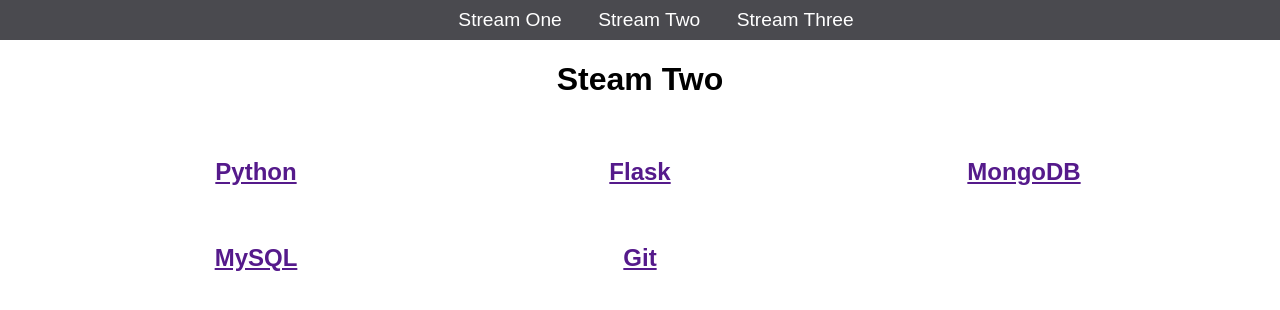
Repository: lisaannbyrne1/my-first-website
Page: stream-two.html
The author's editor kept a record of every edit. The page is drawn from the files as they stood at one moment, then again after the next edit.
The browser window is 1280 px wide. The pictures show the whole page.

Above is the page before.

### stream-two.html
<!DOCTYPE html>
<html>
    <head>
        <title>Hello World</title>
        <link rel="stylesheet" href="css/style.css" type="text/css" />
    </head>
    <body>
        <nav>
            <ul>
                <li><a href="stream-one.html">Stream One</a></li>
                <li><a href="stream-two.html">Stream Two</a></li>
                <li><a href="stream-three.html">Stream Three</a></li>
            </ul>
        </nav>
        <h1>Steam Two</h1>
       <div class="card">
            <a href="">
                <img src=""/>
                <h2>Python</h2>
            </a>
        </div>
       <div class="card">
            <a href="">
                <img src=""/>
                <h2>Flask</h2>
            </a>
        </div>
        <div class="card">
            <a href="">
                <img src=""/>
                <h2>MongoDB</h2>
            </a>
        </div>
       <div class="card">
            <a href="">
                <img src=""/>
                <h2>MySQL</h2>
            </a>
        </div>
        <div class="card">
            <a href="">
                <img src=""/>
                <h2>Git</h2>
            </a>
        </div>

    </body>
</html>

### css/style.css
body{
    margin: 0;
    padding: 0;
    font-family: 'Oswald', sans-serif;
}

nav ul {
    list-style: none;
    background-color: #4a4a4f;
    text-align: center;
    margin: 0;
    padding: 0;
}

nav li {
    font-size: 1.2em;
    line-height: 40px;
    height: 40px;
    display: inline-block;
    margin-left: 2.5%;
}

nav a {
    text-decoration: none;
    color: #ffffff;
    display: block;
}

nav a:hover {
    background-color: #ffffff;
    color: #4a4a4f;
}

.card {
    float: left;
    width: 20%;
    margin-left: 10%;
}

.card a {
    text-align: center;
}

img {
    width: 100%;
}

h1{
    text-align: center;
}

After the next edit:
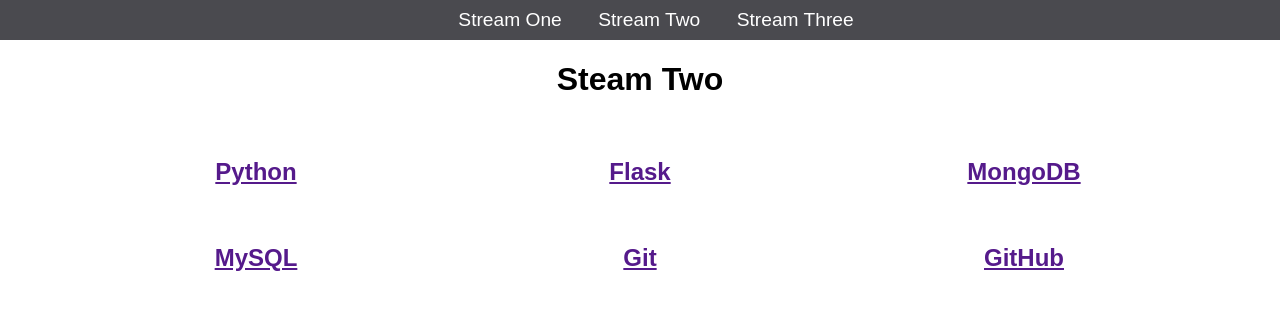
The edit:
--- a/stream-two.html
+++ b/stream-two.html
@@ -43,6 +43,12 @@
                 <h2>Git</h2>
             </a>
         </div>
+       <div class="card">
+            <a href="">
+                <img src=""/>
+                <h2>GitHub</h2>
+            </a>
+        </div>
 
     </body>
 </html>
